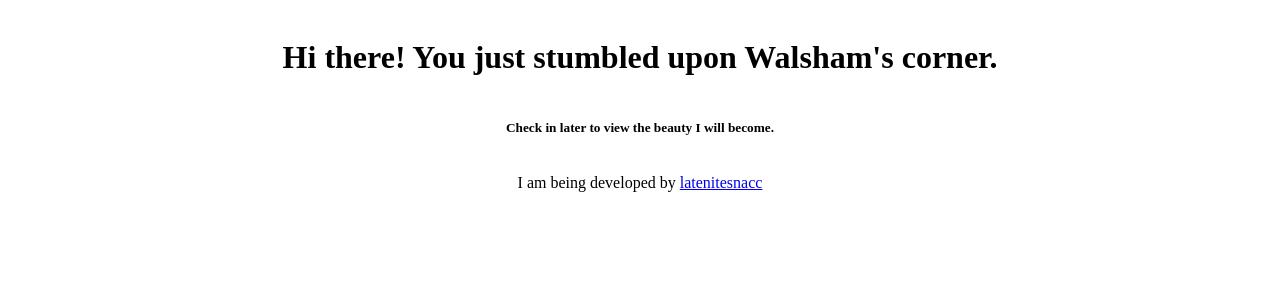
Repository: latenightsnacc/Coming-Soon-Pages
Page: index.html
The author's editor kept a copy of each file at every save. The page is drawn from the files as they stood at one save, then again after the next save.
The browser window is 1280 px wide. The pictures show the whole page.

Above is the page before, as saved 2020-10-13 15:54:43.

After the next save:
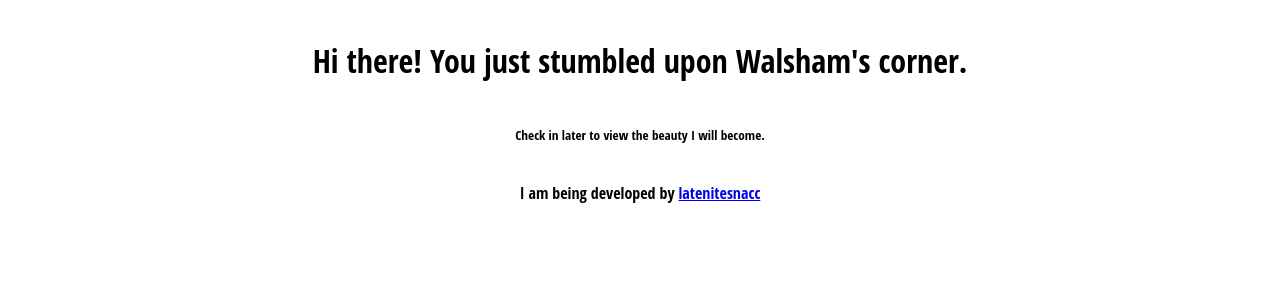
Saved 18 s later.
--- a/index.html
+++ b/index.html
@@ -16,7 +16,7 @@
             text-align: center;
         }
         h1, h5, p, a {
-            font-family: ;
+           font-family: 'Open Sans Condensed', sans-serif;
         }
     </style>
 </head>
